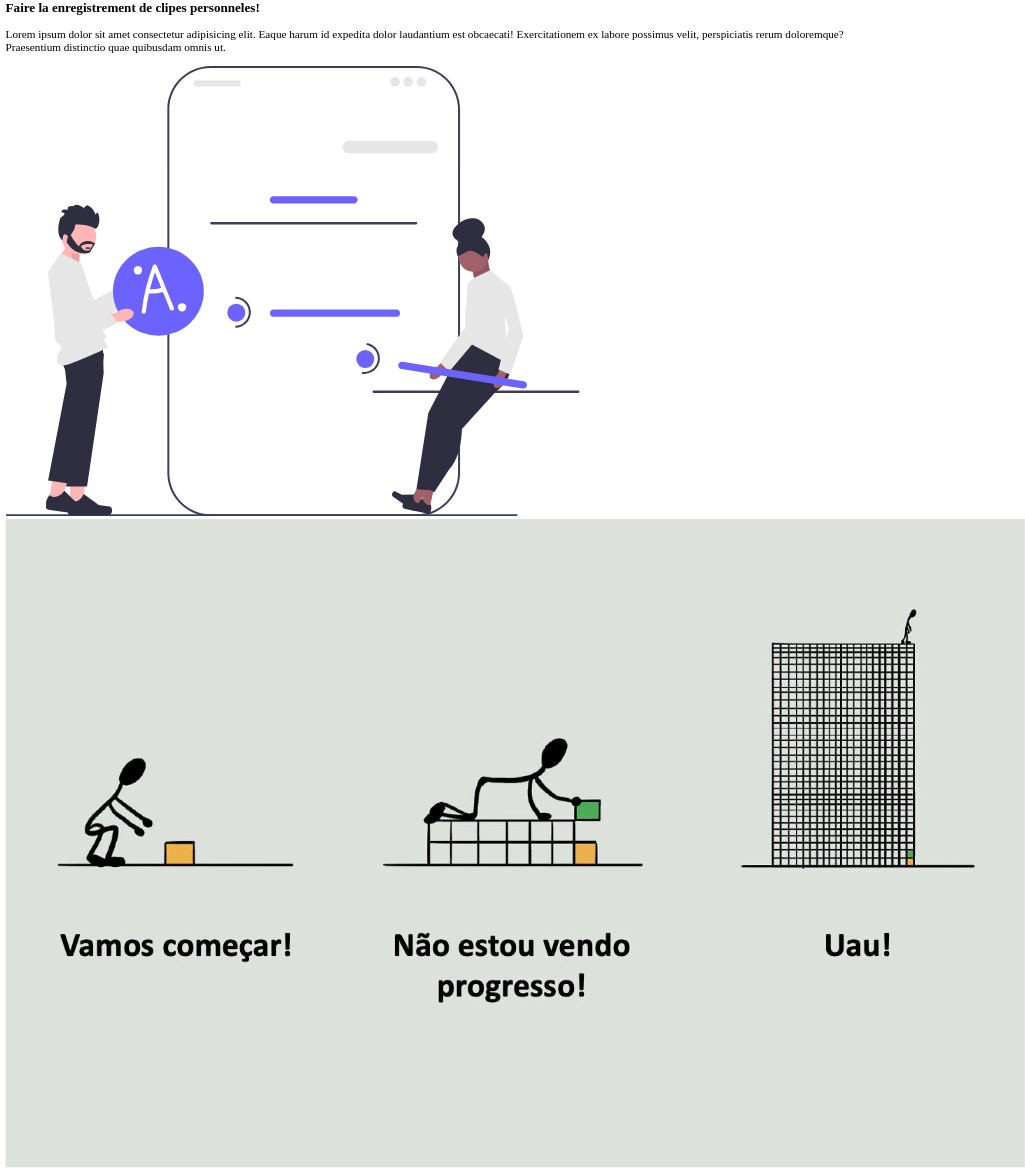
Repository: MarcioFreitasUFSC21/Proejct00
Page: ExampleSite/Assets/index2.html
An editor plug-in stored every save of this project. The page is shown before and after the next save, followed by the edit.
The browser window is 1280 px wide. The page is 1464 px wide, so the pictures cover 1464 px, including what lies to the right of the window. The pictures show the part of the page from y = 2671 to 4351 px (the page is 4351 px tall before and 3421 px after), at 70% of full size.

Above is the page before, as saved 2023-03-18 17:48:24.

### ExampleSite/Assets/index2.html
<!DOCTYPE html>
<html lang="pt-br">
<head>
    <meta charset="UTF-8">
    <meta http-equiv="X-UA-Compatible" content="IE=edge">
    <meta name="viewport" content="width=device-width, initial-scale=1.0">
    <title>The first page</title>
</head>
<body>
    <section>
        <div>
            <h1><a href="#">LOGO </a></h1>
            <nav>
                <ul>
                    <li><a href="#">Home</a></li>
                    <li><a href="#"> Introdução</a></li>
                    <li><a href="#"> Serviços</a></li>
                    <li><a href="#"> Tabela de preços</a></li>
                    <li><a href="#"> Contatos</a></li>
                </ul>
            </nav>
        </div>
    </section>
    <section>
        <div>
            <h2> Dans la crise, create!</h2>
            <p>Lorem ipsum dolor sit amet, consectetur adipisicing elit, sed do eiusmod tempor incididunt ut labore et dolore magna aliqua. Ut enim ad minim veniam, quis nostrud exercitation ullamco laboris nisi ut aliquip ex ea commodo consequat. Duis aute irure dolor in reprehenderit in voluptate velit esse cillum dolore eu fugiat nulla pariatur. Excepteur sint occaecat cupidatat non proident, sunt in culpa qui officia deserunt mollit anim id est laborum.</p>
        </div>
        <div>
            <img src="Assets/img2/lesson.jpg">
        </div>
    </section>
    <section>
        <div>
            <h2>Les Services</h2>
            <p> Nos Services sont: </p>
        </div>
        <div>
            <article>
                <h3>Création des sites à L'internet!</h3>
                <p> Lorem ipsum dolor sit amet consectetur adipisicing elit. Eaque harum id expedita dolor laudantium est obcaecati! Exercitationem ex labore possimus velit, perspiciatis rerum doloremque? Praesentium distinctio quae quibusdam omnis ut.</p>
                <div>
                    <img src="Assets/img2/site.svg">
                </div>
            </article>
            <article>
                <h3>Création des jingles comme chansons!</h3>
                <p> Lorem ipsum dolor sit amet consectetur adipisicing elit. Eaque harum id expedita dolor laudantium est obcaecati! Exercitationem ex labore possimus velit, perspiciatis rerum doloremque? Praesentium distinctio quae quibusdam omnis ut.</p>
                <div>
                    <img src="Assets/img2/jingle.svg">
                </div>
            </article>
            <article>
                <h3>Faire la enregistrement de clipes personneles!</h3>
                <p> Lorem ipsum dolor sit amet consectetur adipisicing elit. Eaque harum id expedita dolor laudantium est obcaecati! Exercitationem ex labore possimus velit, perspiciatis rerum doloremque? Praesentium distinctio quae quibusdam omnis ut.</p>
                <div>
                    <img src="Assets/img2/jingle.svg">
                </div>
            </article>
            <img src="Assets/img2/lesson.jpg">
        </div>
    </section>
</body>
</html>

After the next save:
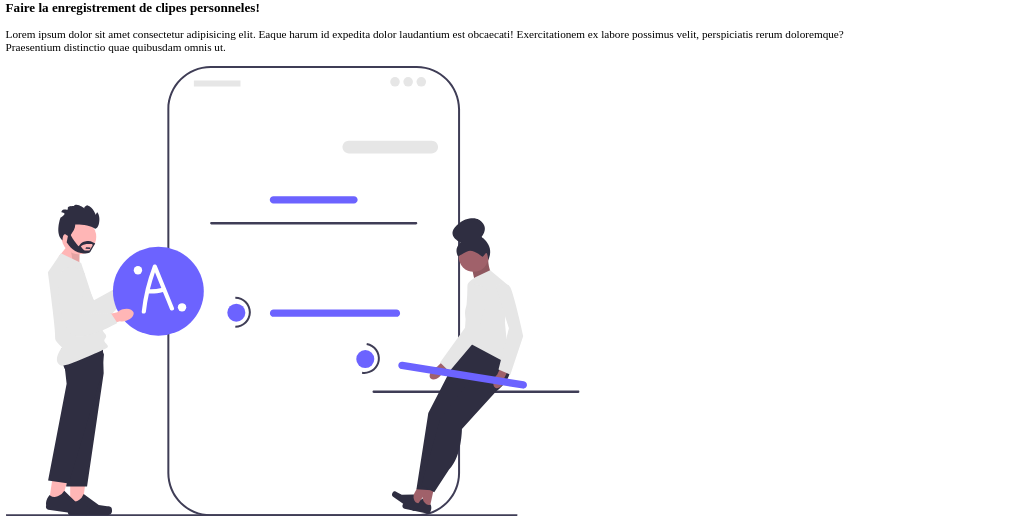
Saved 13 s later.
--- a/ExampleSite/Assets/index2.html
+++ b/ExampleSite/Assets/index2.html
@@ -57,8 +57,7 @@
                     <img src="Assets/img2/jingle.svg">
                 </div>
             </article>
-            <img src="Assets/img2/lesson.jpg">
-        </div>
+
     </section>
 </body>
 </html>
